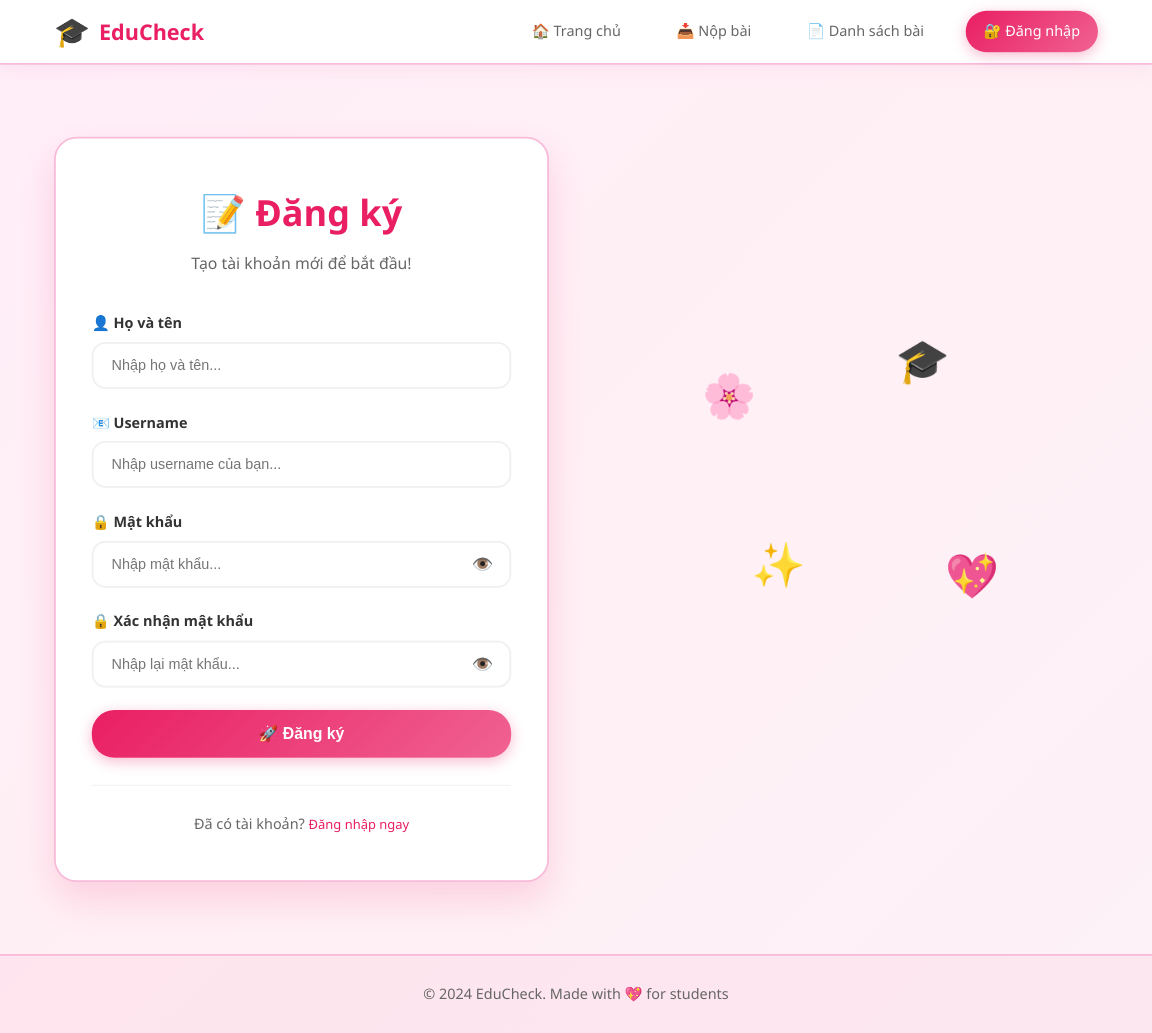
Repository: tuanloc782004/Plagiarism-Detection-System
Page: http://localhost/plagiarism-checker/register.jsp
These files come from the project's save history. The page is drawn as it stood at one moment and after the next save; the edit follows.
The browser window is 1280 px wide. The pictures show the whole page, at 90% of full size.
The page is served by Tomcat 9. Other server files are loaded and not shown.

Above is the page before, as saved 2025-05-26 08:28:46.

### plagiarism-checker/src/main/webapp/register.jsp
<%@ page language="java" contentType="text/html; charset=UTF-8"
	pageEncoding="UTF-8"%>
<%@ taglib uri="http://java.sun.com/jsp/jstl/core" prefix="c"%>
<!DOCTYPE html>
<html>
<head>
<meta charset="UTF-8">
<meta name="viewport" content="width=device-width, initial-scale=1.0">
<title>EduCheck | Đăng ký</title>
<link rel="stylesheet" href="assets/styles.css">
</head>
<body>
	<nav class="navbar">
		<div class="nav-container">
			<div class="nav-logo">
				<span class="logo-icon">🎓</span> <span class="logo-text">EduCheck</span>
			</div>
			<ul class="nav-menu" id="nav-menu">
				<li><a href="home.jsp" class="nav-link">🏠 Trang chủ</a></li>
				<li><a href="upload.jsp" class="nav-link">📥 Nộp bài</a></li>
				<li><a href="essay_list.jsp" class="nav-link">📄 Danh sách
						bài</a></li>
				<c:choose>
					<c:when test="${not empty sessionScope.user}">
						<li><a href="LogoutServlet" class="nav-link logout-btn">🚪
								Đăng xuất</a></li>
					</c:when>
					<c:otherwise>
						<li><a href="login.jsp" class="nav-link login-btn">🔐
								Đăng nhập</a></li>
					</c:otherwise>
				</c:choose>
			</ul>
			<div class="hamburger" id="hamburger">
				<span></span> <span></span> <span></span>
			</div>
		</div>
	</nav>

	<main class="main-content">
		<div class="auth-container">
			<div class="auth-card">
				<div class="auth-header">
					<h1 class="auth-title">📝 Đăng ký</h1>
					<p class="auth-subtitle">Tạo tài khoản mới để bắt đầu!</p>
					<c:if test="${not empty error}">
						<p class="auth-subtitle" style="color: red">${error}</p>
					</c:if>
				</div>

				<form class="auth-form" id="registerForm" action="RegisterServlet"
					method="post">
					<div class="form-group">
						<label for="fullName" class="form-label"> 👤 Họ và tên </label> <input
							type="text" id="fullName" name="fullName" class="form-input"
							placeholder="Nhập họ và tên..." required>
					</div>

					<div class="form-group">
						<label for="username" class="form-label"> 📧 Username </label> <input
							type="text" id="username" name="username" class="form-input"
							placeholder="Nhập username của bạn..." required>
					</div>

					<div class="form-group">
						<label for="password" class="form-label"> 🔒 Mật khẩu </label>
						<div class="password-input">
							<input type="password" id="password" name="password"
								class="form-input" placeholder="Nhập mật khẩu..." required>
							<button type="button" class="password-toggle" id="passwordToggle">
								👁️</button>
						</div>
					</div>

					<div class="form-group">
						<label for="confirmPassword" class="form-label"> 🔒 Xác
							nhận mật khẩu </label>
						<div class="password-input">
							<input type="password" id="confirmPassword"
								name="confirmPassword" class="form-input"
								placeholder="Nhập lại mật khẩu..." required>
							<button type="button" class="password-toggle"
								id="confirmPasswordToggle">👁️</button>
						</div>
					</div>

					<button type="submit" class="btn btn-primary btn-large">
						🚀 Đăng ký</button>
				</form>

				<div class="auth-footer">
					<p>
						Đã có tài khoản? <a href="login.jsp" class="auth-link">Đăng
							nhập ngay</a>
					</p>
				</div>
			</div>

			<div class="auth-decoration">
				<div class="floating-elements">
					<div class="floating-icon">🌸</div>
					<div class="floating-icon">💖</div>
					<div class="floating-icon">✨</div>
					<div class="floating-icon">🎓</div>
				</div>
			</div>
		</div>
	</main>

	<footer class="footer">
		<div class="container">
			<p>&copy; 2024 EduCheck. Made with 💖 for students</p>
		</div>
	</footer>

	<script src="assets/script.js"></script>
</body>
</html>

Loaded but not shown: plagiarism-checker/src/main/webapp/assets/script.js (262 lines, source omitted); plagiarism-checker/src/main/webapp/assets/styles.css (1463 lines, source omitted)

After the next save:
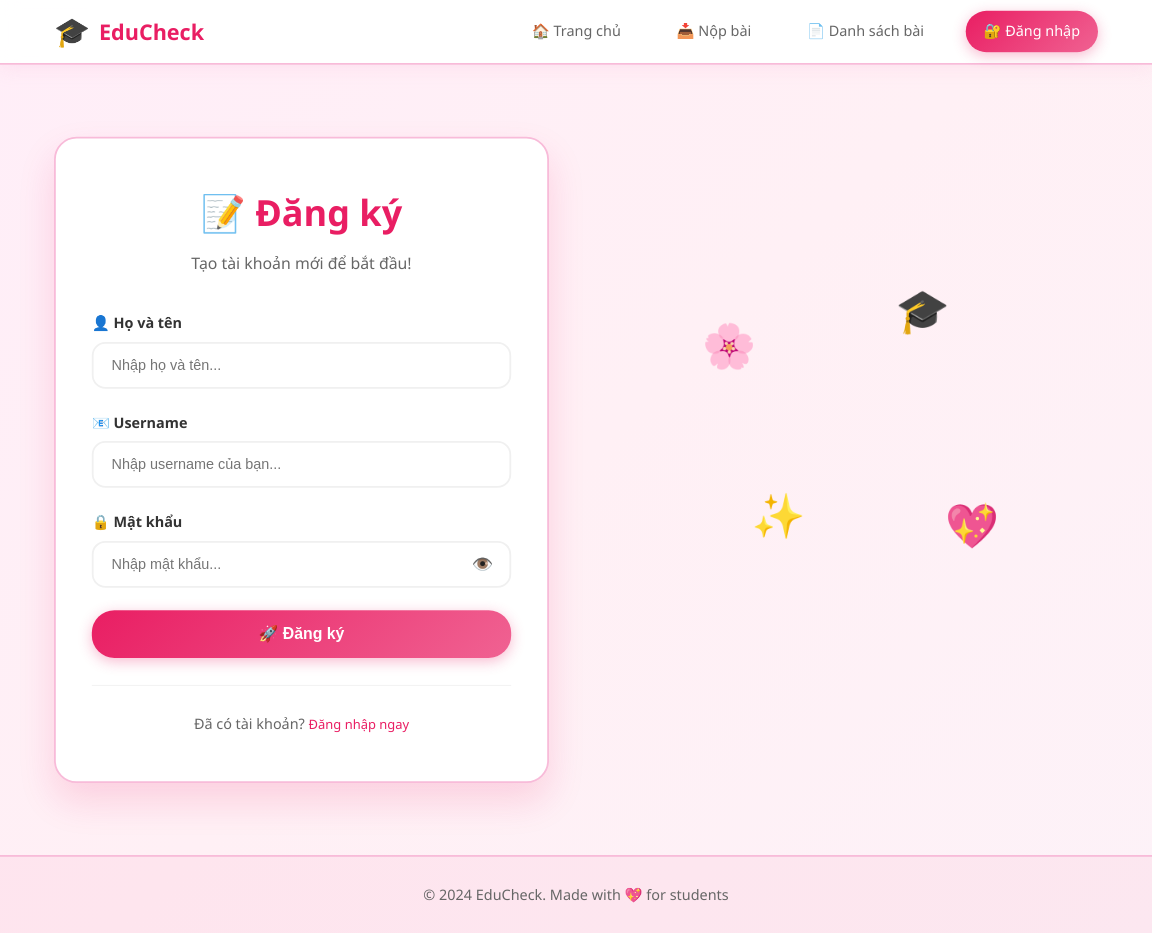
Saved 3 min 16 s later.
--- a/plagiarism-checker/src/main/webapp/register.jsp
+++ b/plagiarism-checker/src/main/webapp/register.jsp
@@ -72,18 +72,6 @@
 						</div>
 					</div>
 
-					<div class="form-group">
-						<label for="confirmPassword" class="form-label"> 🔒 Xác
-							nhận mật khẩu </label>
-						<div class="password-input">
-							<input type="password" id="confirmPassword"
-								name="confirmPassword" class="form-input"
-								placeholder="Nhập lại mật khẩu..." required>
-							<button type="button" class="password-toggle"
-								id="confirmPasswordToggle">👁️</button>
-						</div>
-					</div>
-
 					<button type="submit" class="btn btn-primary btn-large">
 						🚀 Đăng ký</button>
 				</form>
@@ -114,5 +102,20 @@
 	</footer>
 
 	<script src="assets/script.js"></script>
+	<script>
+        // Password toggles
+        const passwordInput = document.getElementById('password');
+        const passwordToggle = document.getElementById('passwordToggle');
+
+        passwordToggle.addEventListener('click', () => {
+            if (passwordInput.type === 'password') {
+                passwordInput.type = 'text';
+                passwordToggle.textContent = '🙈';
+            } else {
+                passwordInput.type = 'password';
+                passwordToggle.textContent = '👁️';
+            }
+        });
+    </script>
 </body>
 </html>
